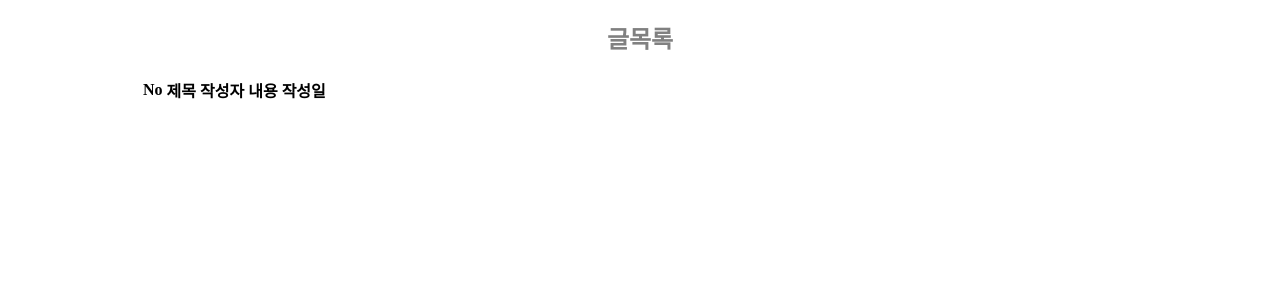
Repository: kimheerin/springWorks
Page: http://localhost/SpringBoard-jdbc/board/list
These files come from the project's save history. The page is drawn as it stood at one moment and after the next save; the edit follows.
The browser window is 1280 px wide. The pictures show the whole page.
The page is served by Tomcat 9. Queries for data that is not in the repository find no rows.

Above is the page before, as saved 2023-12-28 01:41:50.

After the next save:
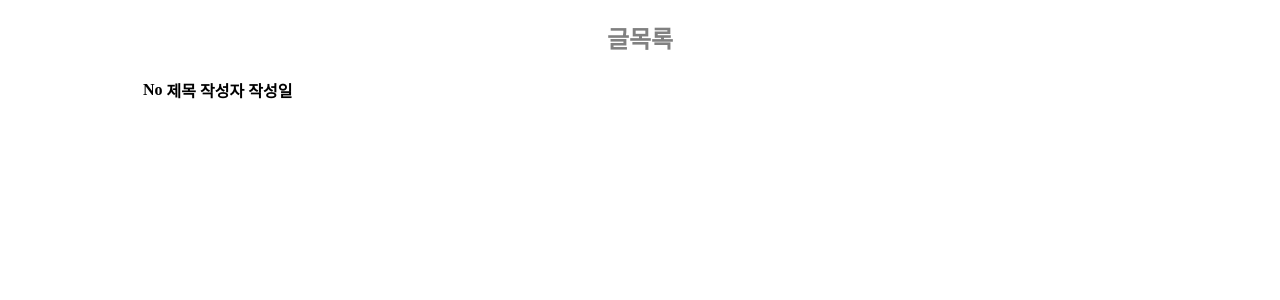
Saved 19 s later.
--- a/SpringBoard-jdbc/src/main/webapp/WEB-INF/views/board/list.jsp
+++ b/SpringBoard-jdbc/src/main/webapp/WEB-INF/views/board/list.jsp
@@ -14,7 +14,7 @@
 		<table>
 			<thead>
 				<tr>
-					<th>No</th><th>제목</th><th>작성자</th><th>내용</th><th>작성일</th>
+					<th>No</th><th>제목</th><th>작성자</th><th>작성일</th>
 				</tr>
 			</thead>
 			<tbody>
